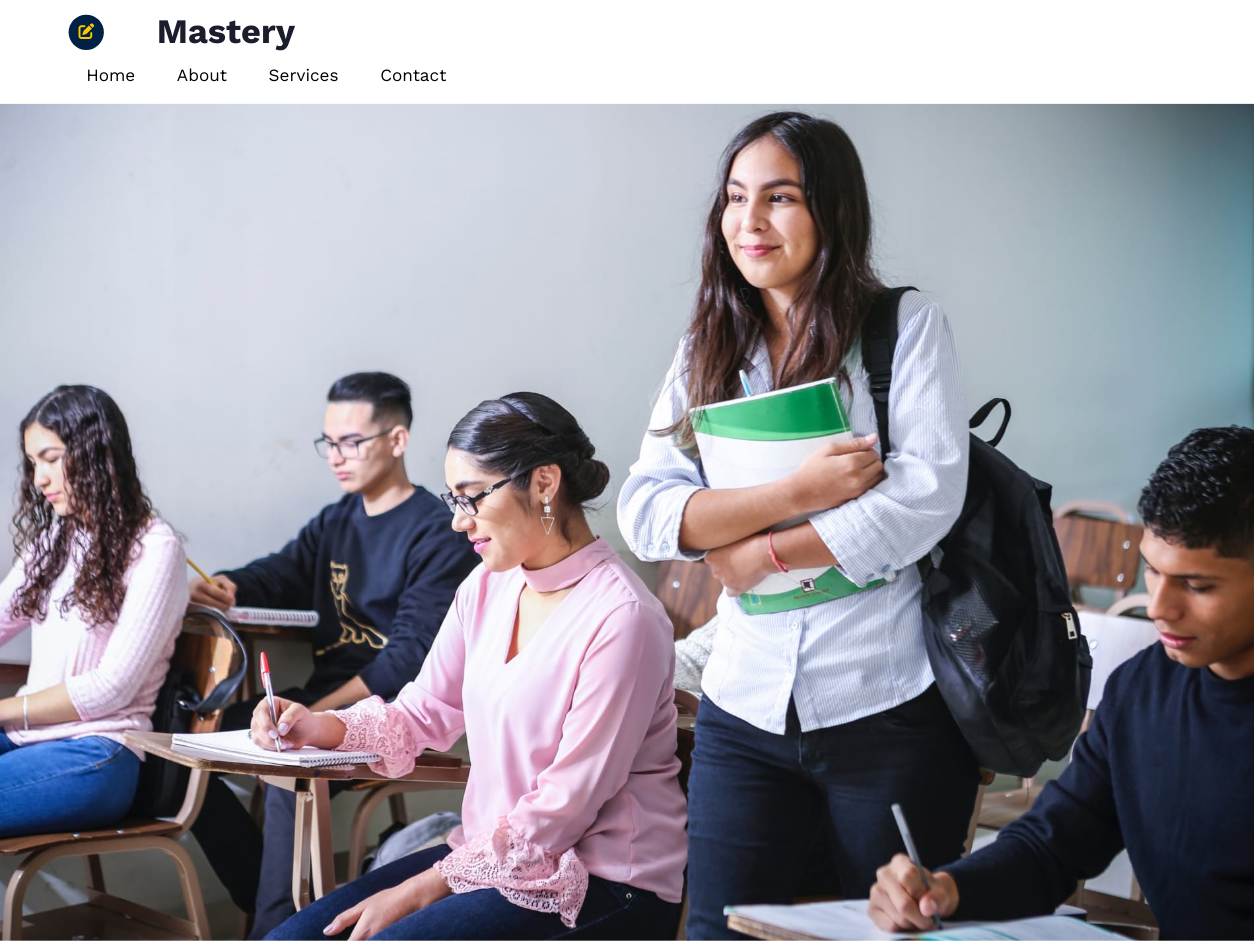
Repository: giahuy405/BC38__Mastery__Pham_Gia_Huy
Page: index.html
The author's editor kept a copy of each file at every save. The page is drawn from the files as they stood at one save, then again after the next save.
The browser window is 1280 px wide. The pictures show the whole page, at 98% of full size.

Above is the page before, as saved 2022-09-09 15:48:54.

After the next save:
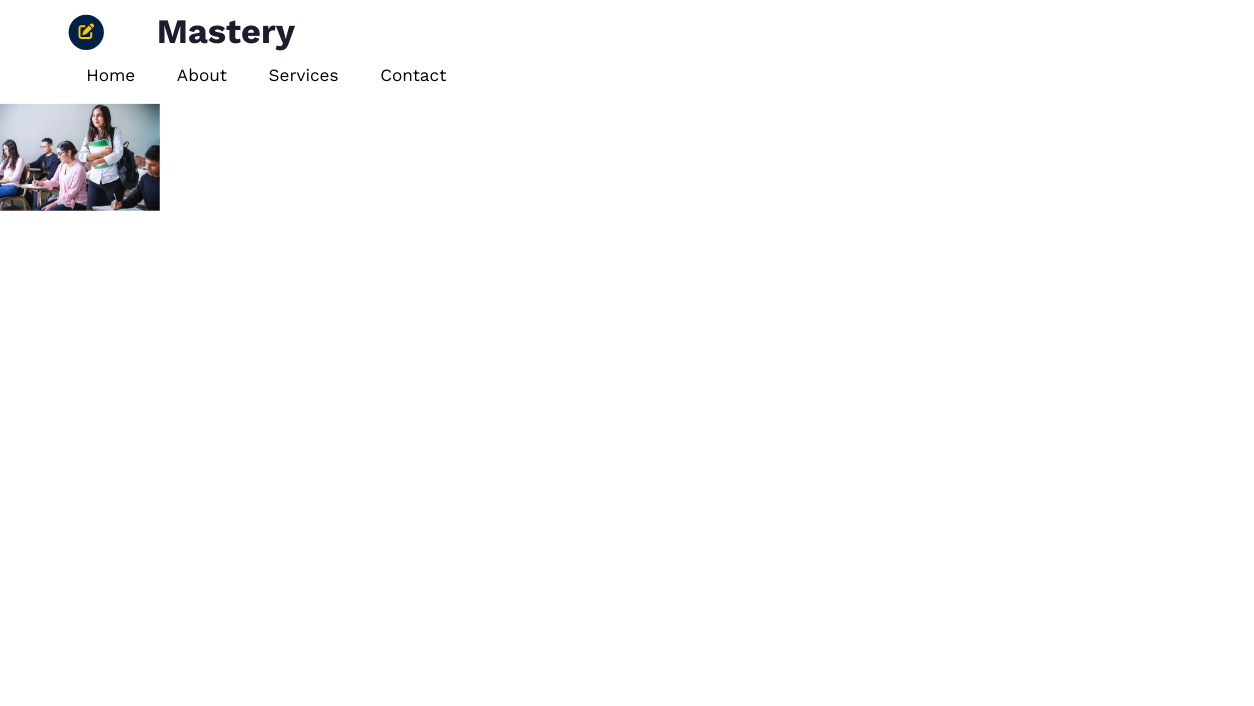
Saved 4 min 41 s later.
--- a/index.css
+++ b/index.css
@@ -180,4 +180,5 @@ a,a:visited,a:hover,a:active{
 }
  .carousel img{
     max-width: 100%;
+    height: 109px;
  }
